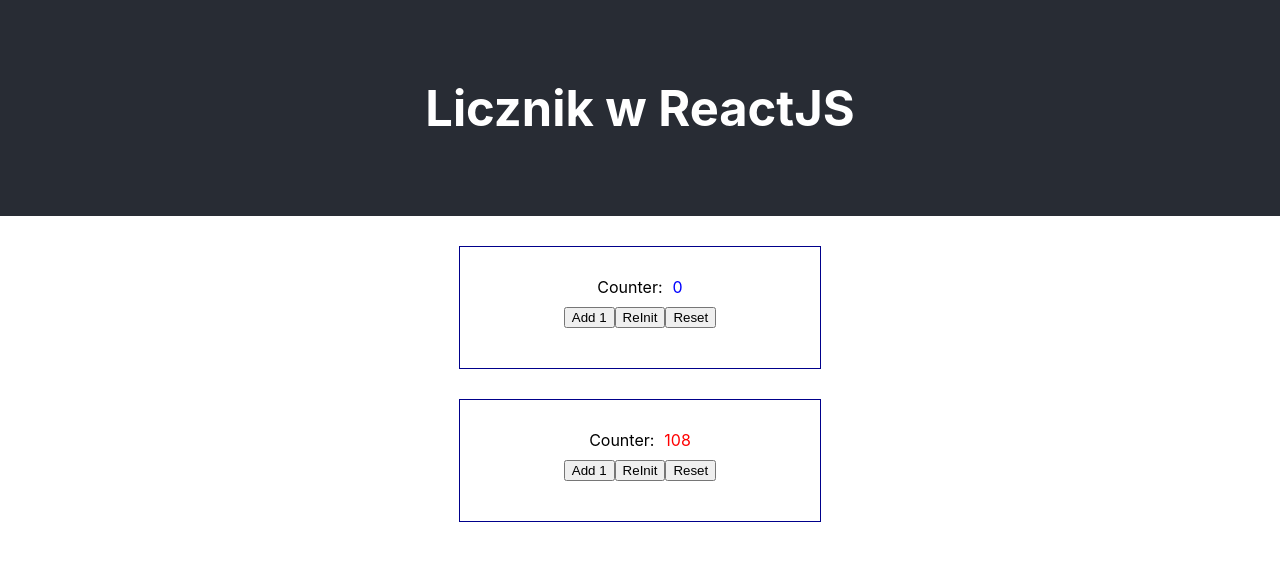
Repository: magdaf41/react-counter-app
Page: /
An editor plug-in stored every save of this project. The page is shown before and after the next save, followed by the edit.
The browser window is 1280 px wide. The pictures show the whole page.
The project was rebuilt for these pictures with package versions that can differ from the ones it lists, and the page was loaded fresh each time.

Above is the page before, as saved 2020-10-04 19:19:15.

After the next save:
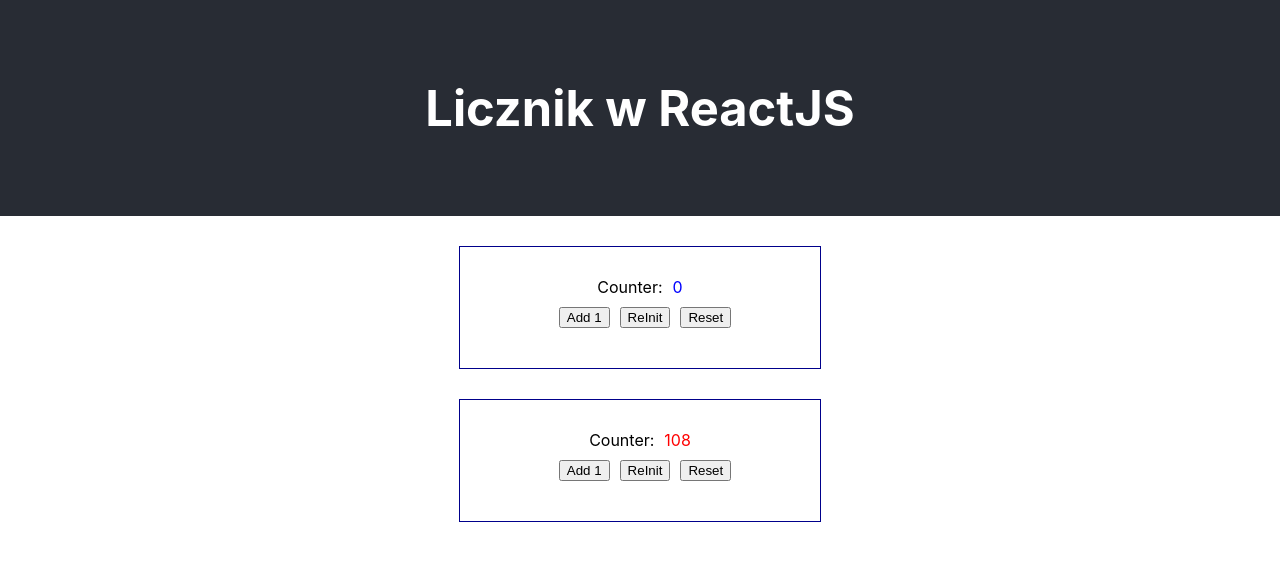
Saved 54 s later.
--- a/src/ButtonsPanel.css
+++ b/src/ButtonsPanel.css
@@ -1,3 +1,3 @@
 button {
-    margin: 10px 0 10px 0;
+    margin: 10px 0 10px 10px;
 }
